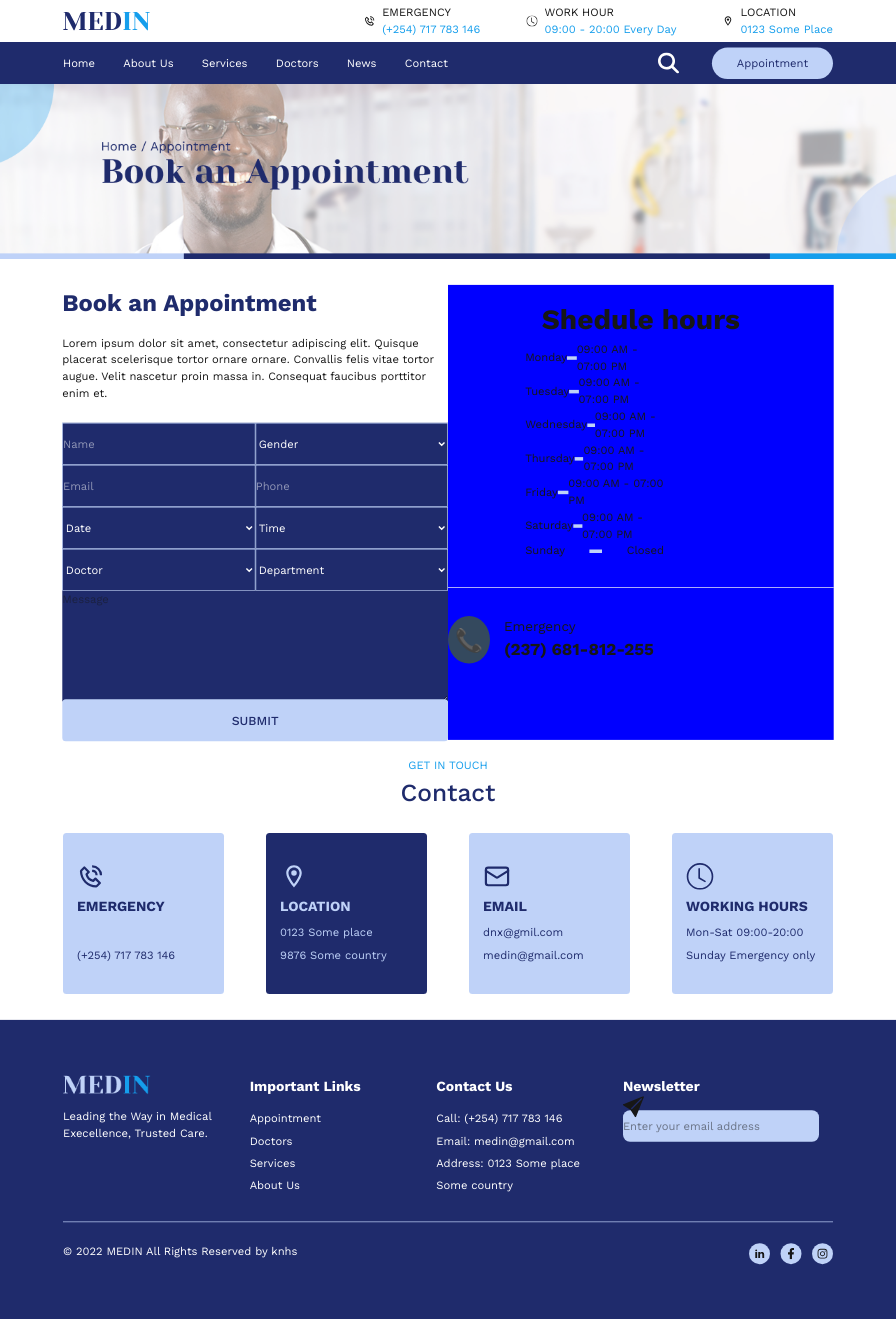
Repository: SynHK3/Poc_Hospital
Page: /appointment (app in fe_hospital/)
The author's editor kept a copy of each file at every save. The page is drawn from the files as they stood at one save, then again after the next save.
The browser window is 1280 px wide. The pictures show the whole page, at 70% of full size.
The project was rebuilt for these pictures with package versions that can differ from the ones it lists, and the page was loaded fresh each time. The framework's server and built-in components were replaced by stand-ins that run in the browser. Also part of the build but not shown: fe_hospital/next.config.ts.

Above is the page before, as saved 2025-09-02 22:33:03.

After the next save:
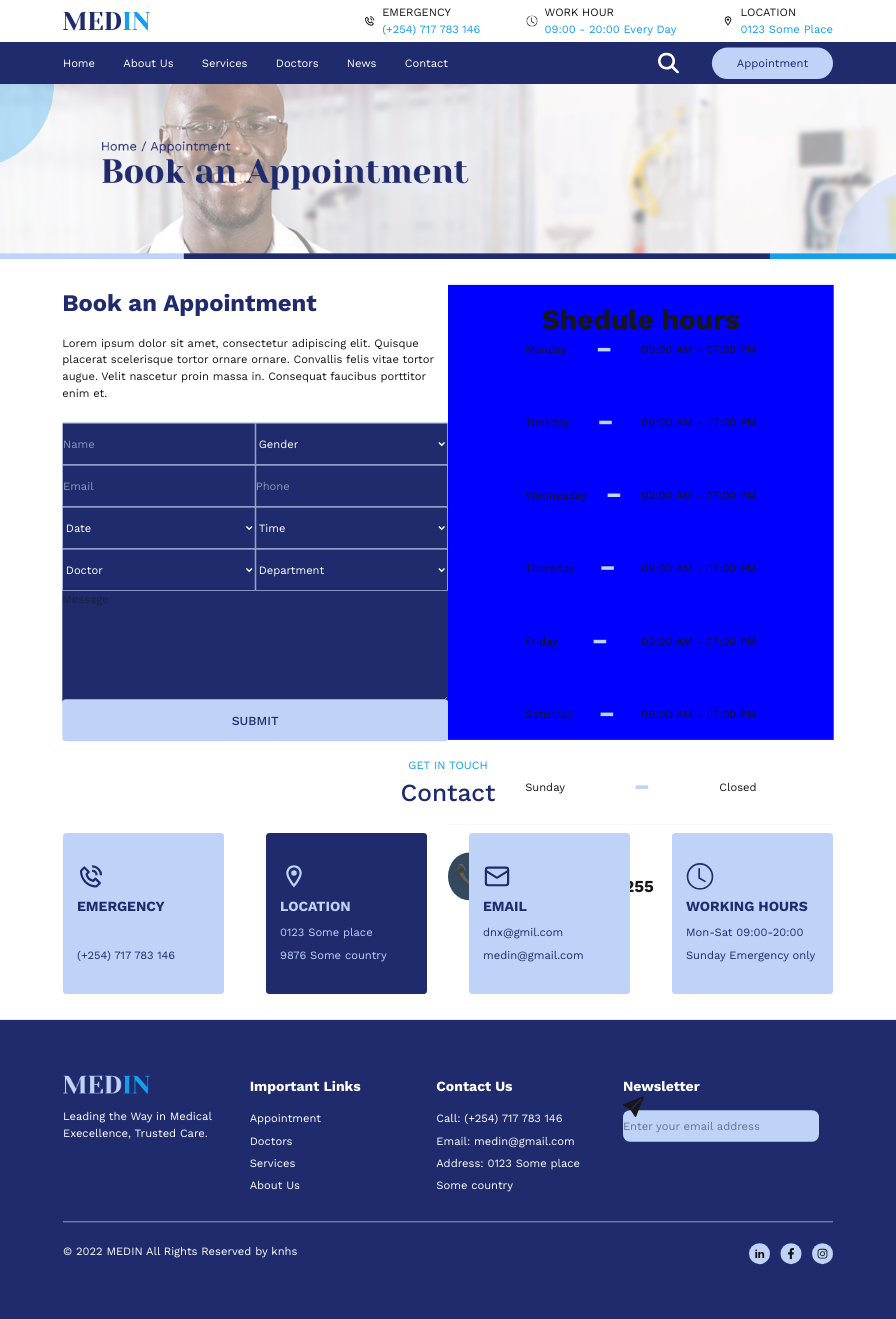
Saved 73 s later.
--- a/fe_hospital/src/app/appointment/appointment.css
+++ b/fe_hospital/src/app/appointment/appointment.css
@@ -109,16 +109,18 @@
 .shedule__list {
   display: flex;
   flex-direction: column;
-  align-items: flex-start; /* các item căn trái */
+  justify-content: space-between; /* khoảng cách đều giữa các li */
+  align-items: flex-start;
+  height: 100%; /* cần có chiều cao để space-between hoạt động */
   width: 60%;
-  margin: 0 auto; /* căn giữa cả danh sách */
+  margin: 0 auto;
 }
 
 .shedule__item {
-  width: 60%;
   display: flex;
   align-items: center;
-  justify-content: space-between;
+  justify-content: space-between; /* tách day - line - time */
+  width: 100%; /* full chiều ngang của list */
 }
 
 .line--day--time {
